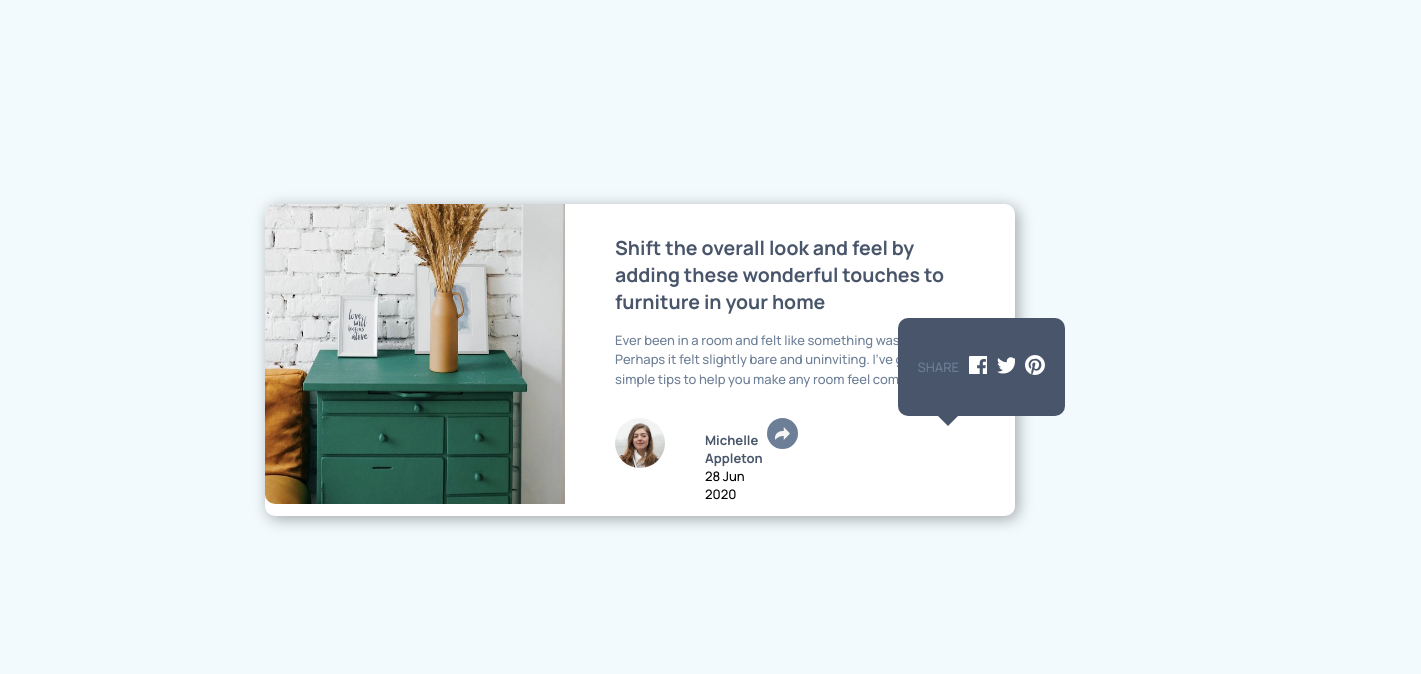
Repository: ellenliao95/frontend-mentor-solution
Page: article-preview-component-master/index.html
An editor plug-in stored every save of this project. The page is shown before and after the next save, followed by the edit.
The browser window is 1280 px wide. The page is 1280 px wide, then 1421 px, so the pictures cover 1421 px, including what lies to the right of the window. The pictures show the whole page.

Above is the page before, as saved 2023-03-17 11:29:00.

After the next save:
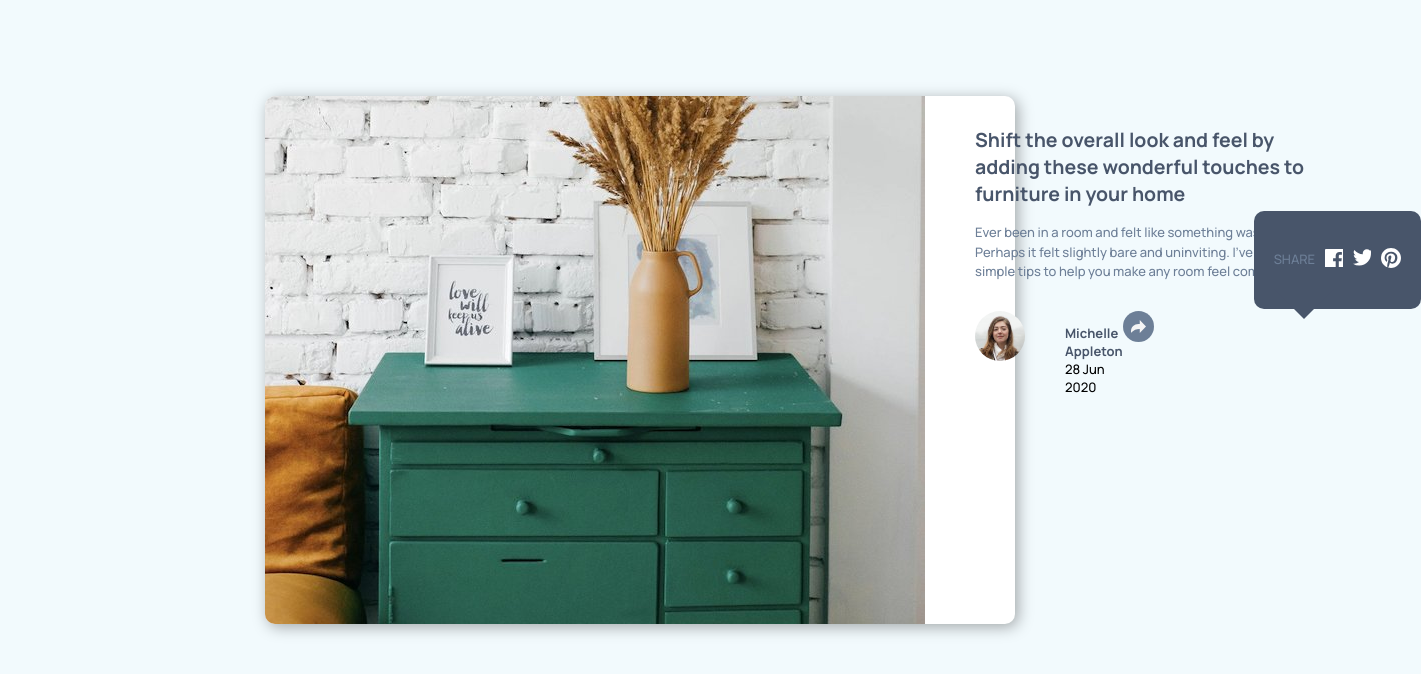
Saved 23 s later.
--- a/article-preview-component-master/index.css
+++ b/article-preview-component-master/index.css
@@ -27,8 +27,8 @@
     list-style: none;
 }
 #left-image{
-    width: 300px;
-    height: 300px;
+    width: 100%;
+    height: 100%;
     margin: 0;
     border-top-left-radius: 10px;
     border-bottom-left-radius: 10px;
